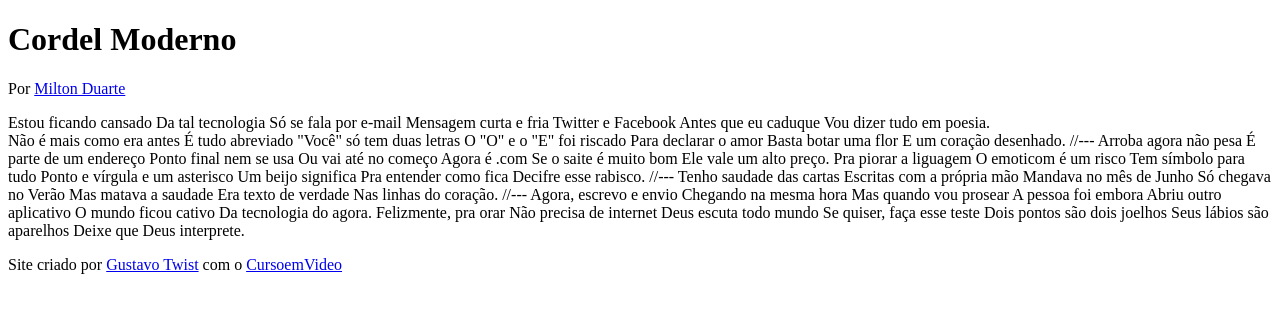
Repository: gustavotwist/projeto-cordel
Page: index.html
These files come from the project's save history. The page is drawn as it stood at one moment and after the next save; the edit follows.
The browser window is 1280 px wide. The pictures show the whole page.

Above is the page before, as saved 2024-04-15 21:31:37.

After the next save:
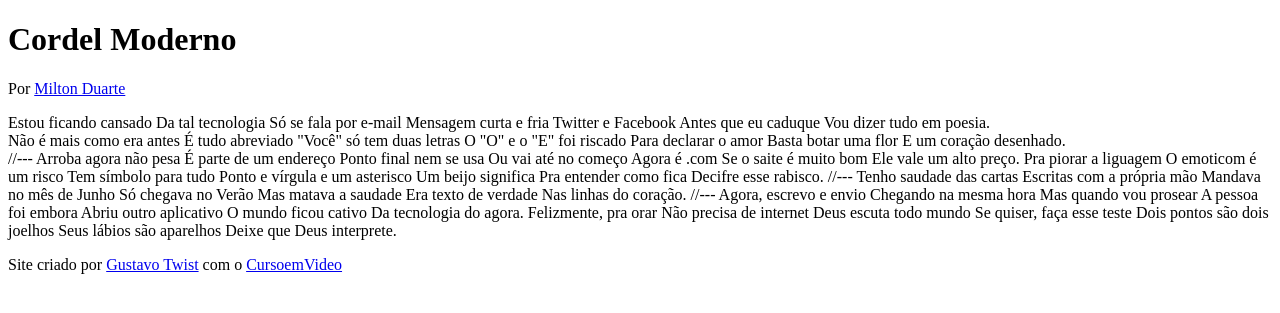
Saved 21 s later.
--- a/index.html
+++ b/index.html
@@ -25,13 +25,15 @@
         Vou dizer tudo em poesia.
     </section>
 
-    Não é mais como era antes
-    É tudo abreviado
-    "Você" só tem duas letras
-    O "O" e o "E" foi riscado
-    Para declarar o amor
-    Basta botar uma flor
-    E um coração desenhado.
+    <section>
+        Não é mais como era antes
+        É tudo abreviado
+        "Você" só tem duas letras
+        O "O" e o "E" foi riscado
+        Para declarar o amor
+        Basta botar uma flor
+        E um coração desenhado.
+    </section>
 
     //---
 
